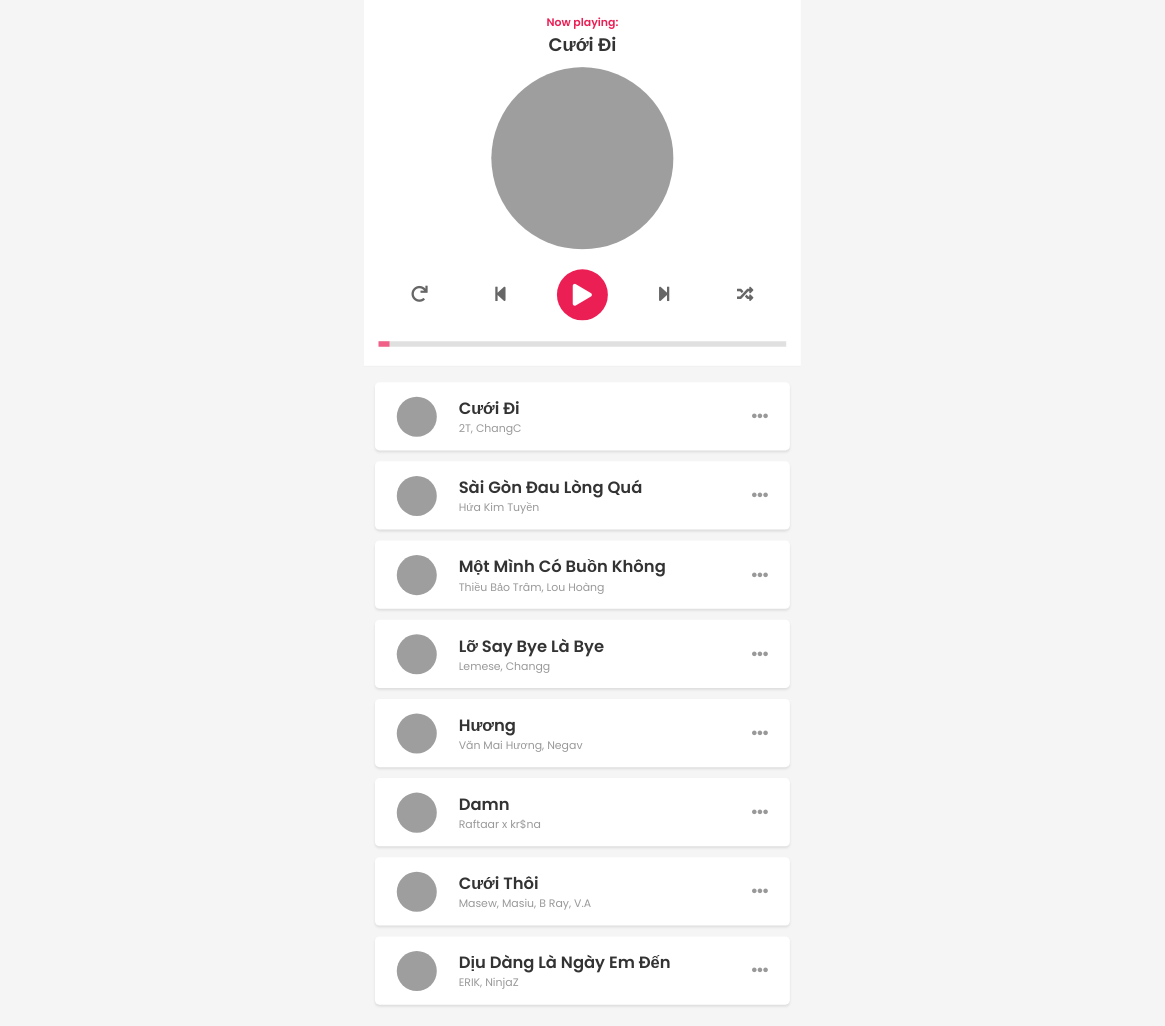
Repository: esplen74/Music
Page: music.html
The author's editor kept a copy of each file at every save. The page is drawn from the files as they stood at one save, then again after the next save.
The browser window is 1280 px wide. The pictures show the whole page, at 91% of full size.
Pictures or frames that could not be fetched are drawn as grey boxes.

Above is the page before, as saved 2021-11-02 10:23:04.

After the next save:
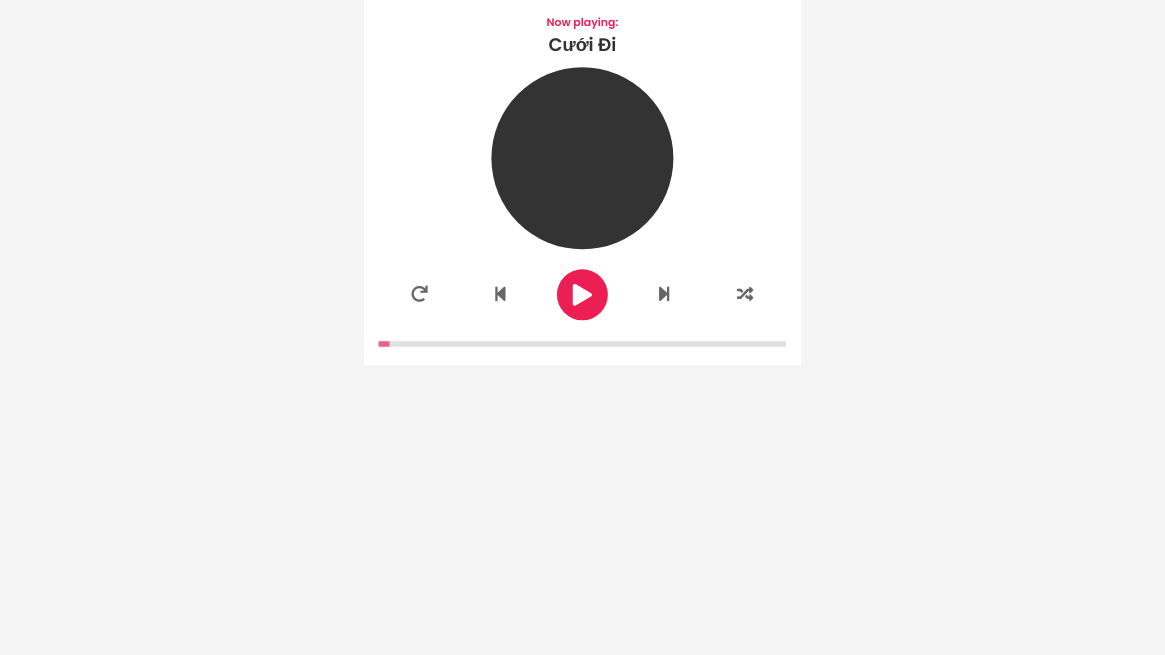
Console error: ReferenceError: url is not defined
Saved 9 s later.
--- a/music.js
+++ b/music.js
@@ -118,7 +118,7 @@ const app = {
     const audio = $("#audio");
 
     heading.textContent = this.currentSong.name;
-    cdThumb.style.backgroundImage= `url("${this.currentSong.image}")`;
+    cdThumb.style.backgroundImage= url()
 
   },
   start: function () {
